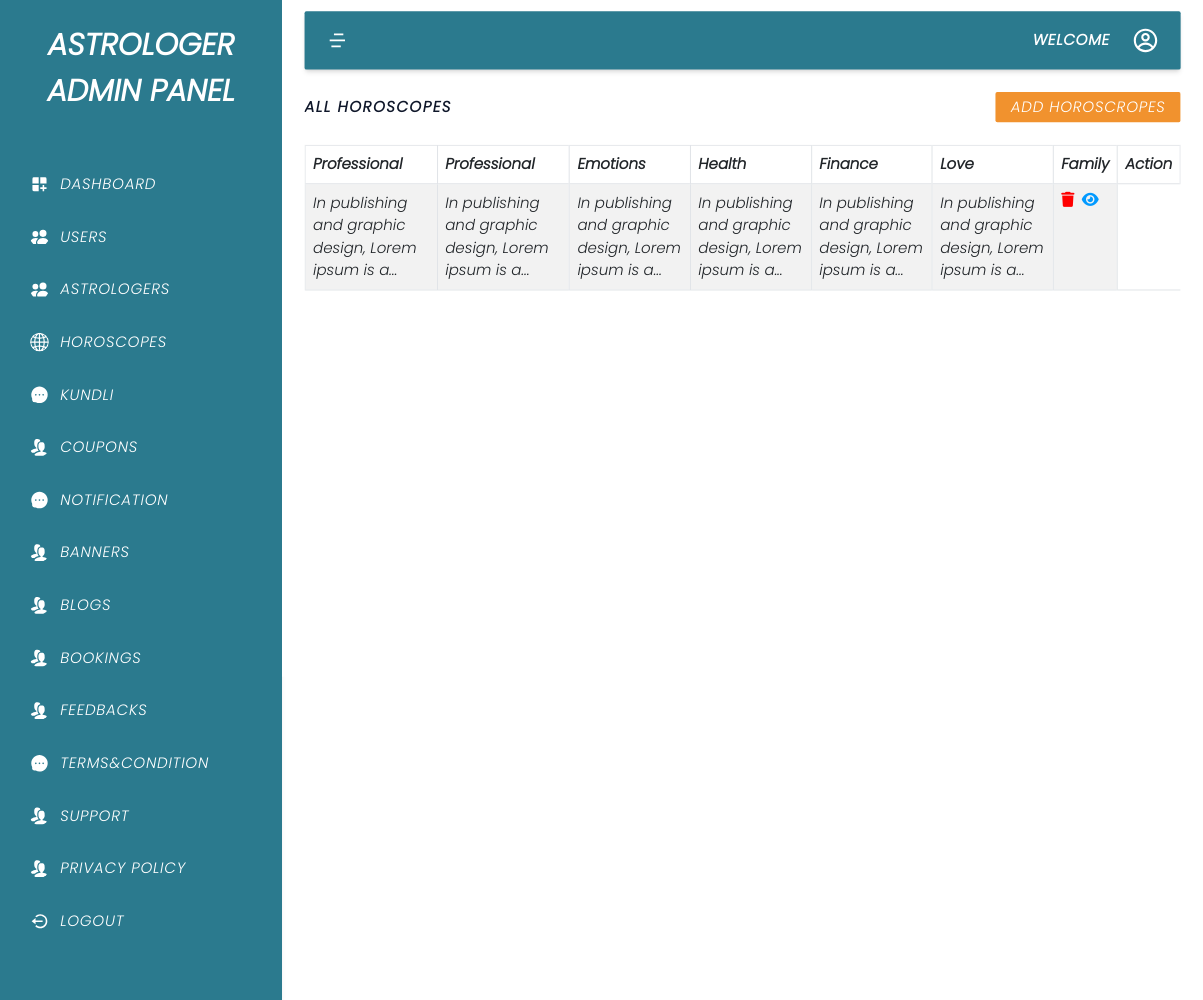
Repository: FlyweisReact/Hariom-Admin-Panel
Page: /horo
These files come from the project's save history. The page is drawn as it stood at one moment and after the next save; the edit follows.
The browser window is 1280 px wide. The pictures show the whole page, at 94% of full size.
The page's requests for data from a server got no answer. Some web libraries are served in a nearby version. The project was rebuilt for these pictures with package versions that can differ from the ones it lists, and the page was loaded fresh each time. No one was signed in, and anything a server would have sent is missing. Also part of the build but not shown: src/vendorPanel/forms/VendorLogin.jsx, src/vendorPanel/pages/AdminDiscount.js, src/vendorPanel/pages/AdminReview.js, src/vendorPanel/pages/Astrologers.js, src/vendorPanel/pages/Banners.js, src/vendorPanel/pages/Booking.js, src/vendorPanel/pages/Kundli.js, src/vendorPanel/pages/Message.js and 23 more.

Above is the page before, as saved 2023-04-18 13:21:23.

### public/index.html
<!-- @format -->

<!DOCTYPE html>
<html lang="en">
  <head>
    <meta charset="utf-8" />
    <meta name="viewport" content="width=device-width, initial-scale=1" />
    <meta name="theme-color" content="#000000" />
    <meta
      name="description"
      content="Web site created using create-react-app"
    />
    <link rel="apple-touch-icon" href="%PUBLIC_URL%/favicon.ico?v=2" />
    <link rel="manifest" href="%PUBLIC_URL%/manifest.json" />
    <link rel="preconnect" href="https://fonts.googleapis.com">
<link rel="preconnect" href="https://fonts.gstatic.com" crossorigin>
<link href="https://fonts.googleapis.com/css2?family=Roboto+Mono:ital,wght@1,300&display=swap" rel="stylesheet">
    <title>HariOm</title>
  </head>
  <body>
    <noscript>You need to enable JavaScript to run this app.</noscript>
    <div id="root"></div>
    <script src="https://code.jquery.com/jquery-3.6.0.min.js"></script>
    <script src="https://kit.fontawesome.com/b533b351e4.js" crossorigin="anonymous"></script>
  </body>
</html>

### src/index.js
import React from "react";
import ReactDOM from "react-dom/client";
import "./index.css";
import App from "./App";
import { BrowserRouter } from "react-router-dom";
import 'bootstrap/dist/css/bootstrap.min.css'

const root = ReactDOM.createRoot(document.getElementById("root"));
root.render(
  <React.StrictMode>
    <BrowserRouter>
      <App />
    </BrowserRouter>
  </React.StrictMode>
);

### src/index.css
/** @format */

@tailwind base;
@tailwind components;
@tailwind utilities;
@import url("https://fonts.googleapis.com/css2?family=Roboto+Mono:ital,wght@1,300&display=swap");
@font-face {
  font-family: Roboto;
  src: url("./Fonts/Poppins-LightItalic.ttf");
}
body {
  margin: 0;
  font-family: Roboto !important;
  -webkit-font-smoothing: antialiased;
  -moz-osx-font-smoothing: grayscale;
}

code {
  font-family: Roboto !important;
}

html {
  font-family: Roboto !important;
}

::-webkit-scrollbar {
  width: 10px;
}
.fa-trash {
  color: red;
  cursor: pointer;
}

.iCOn {

  transition: 0.5s;
  box-shadow: none;
  transform: scale(1);
}
.cardDiv{
  cursor: pointer;
}

.cardDiv:hover .iCOn{
  box-shadow: rgba(0, 0, 0, 0.35) 0px 5px 15px;
  transform: scale(1.3);
}

/* Track */
::-webkit-scrollbar-track {
  background: #f1f1f1;
}

/* Handle */
::-webkit-scrollbar-thumb {
  background: #888;
}

/* Handle on hover */
::-webkit-scrollbar-thumb:hover {
  background: #555;
}
.profileImage {
  width: 100px;
}
.fa-eye {
  color: #029aff;
  cursor: pointer;
}
.fa-edit {
  cursor: pointer;
  color: blue;
}

.View {
  border: 1px solid black;
  width: 100%;
  padding: 10px;
}

.main-card--container {
  display: grid;
  grid-template-columns: repeat(3, minmax(300px, 500px));
  grid-gap: 50px;
  justify-content: space-around;
}
.card-container {
  margin: 25px 0 auto;
  box-shadow: rgba(0, 0, 0, 0.35) 0px 5px 15px;
  position: relative;
  display: grid;
  grid-template-columns: 1fr;
  justify-content: space-around;
  align-items: flex-start;
}

.myEdit:focus {
  box-shadow: rgba(0, 0, 0, 0.35) 0px 5px 15px;
}



.AstroLogin{
  color: #fff;
  background-color: #2b7a8e;
  padding: 10px;
  width: 380px;
  text-align: center;
  font-size: 20px;
  background: linear-gradient(to left, #2b7a8e 50%, #fff 50%) right;
  background-size: 200%;
  transition: 0.5s ease-out;
  border: 1px solid #2b7a8e;
  margin-top: 10px;
  text-transform: uppercase;
}
.AstroLogin:hover {
  background-position: left;
  color: #2b7a8e;
}

.EcommerceAdminLogin{
  color: #fff;
  background-color: #19376d ;
  padding: 10px;
  width: 380px;
  text-align: center;
  font-size: 20px;
  background: linear-gradient(to left, #19376d 50%, #fff 50%) right;
  background-size: 200%;
  transition: 0.5s ease-out;
  border: 1px solid #19376d;
  margin-top: 10px;
  text-transform: uppercase;
}

.EcommerceAdminLogin:hover{
  background-position: left;
  color: #19376d;
}
.EcommerceVendorLogin{
  color: #fff;
  background-color: #576cbc;
  padding: 10px;
  width: 380px;
  text-align: center;
  font-size: 20px;
  background: linear-gradient(to left, #576cbc 50%, #fff 50%) right;
  background-size: 200%;
  transition: 0.5s ease-out;
  border: 1px solid #576cbc;
  margin-top: 10px;
  text-transform: uppercase;
}

.EcommerceVendorLogin:hover{
  background-position: left;
  color: #576cbc;
}

### src/vendorPanel/pages/Horoscope.js
/** @format */

import React, { useEffect, useState } from "react";
import HOC from "../layout/HOC";
import { Table, Modal, Form, Button } from "react-bootstrap";
import { toast } from "react-toastify";
import axios from "axios";

const Horoscope = () => {
  const [modalShow, setModalShow] = React.useState(false);
  const [edit, setEdit] = useState(false);

  const [data, setData] = useState([]);

  const fetchData = async () => {
    try {
      const { data } = await axios.get(
        "https://xlweh818ib.execute-api.ap-south-1.amazonaws.com/dev/horoscope"
      );
      setData(data)
    } catch (e) {
      console.log(e);
    }
  };


  useEffect(() => {
    fetchData()
  },[])

  function MyVerticallyCenteredModal(props) {
    return (
      <Modal
        {...props}
        size="lg"
        aria-labelledby="contained-modal-title-vcenter"
        centered
      >
        <Modal.Header closeButton>
          <Modal.Title
            id="contained-modal-title-vcenter"
            style={{ textTransform: "uppercase" }}
          >
            {" "}
            Add Horoscope
          </Modal.Title>
        </Modal.Header>
        <Modal.Body>
          {edit ? (
            <>
              <p className="View">
                {" "}
                <strong>Professional</strong> : In publishing and graphic
                design, Lorem ipsum is a placeholder text commonly used to
                demonstrate the visual form of a document or a typeface without
                relying on meaningful content. Lorem ipsum may be used as a
                placeholder before final copy is available{" "}
              </p>
              <p className="View">
                {" "}
                <strong>Emotions</strong> : In publishing and graphic design,
                Lorem ipsum is a placeholder text commonly used to demonstrate
                the visual form of a document or a typeface without relying on
                meaningful content. Lorem ipsum may be used as a placeholder
                before final copy is available{" "}
              </p>
              <p className="View">
                {" "}
                <strong>Health</strong> : In publishing and graphic design,
                Lorem ipsum is a placeholder text commonly used to demonstrate
                the visual form of a document or a typeface without relying on
                meaningful content. Lorem ipsum may be used as a placeholder
                before final copy is available{" "}
              </p>
              <p className="View">
                {" "}
                <strong>Finance</strong> : In publishing and graphic design,
                Lorem ipsum is a placeholder text commonly used to demonstrate
                the visual form of a document or a typeface without relying on
                meaningful content. Lorem ipsum may be used as a placeholder
                before final copy is available{" "}
              </p>
              <p className="View">
                {" "}
                <strong>Love</strong> : In publishing and graphic design, Lorem
                ipsum is a placeholder text commonly used to demonstrate the
                visual form of a document or a typeface without relying on
                meaningful content. Lorem ipsum may be used as a placeholder
                before final copy is available{" "}
              </p>
              <p className="View">
                {" "}
                <strong>Family</strong> : In publishing and graphic design,
                Lorem ipsum is a placeholder text commonly used to demonstrate
                the visual form of a document or a typeface without relying on
                meaningful content. Lorem ipsum may be used as a placeholder
                before final copy is available{" "}
              </p>
            </>
          ) : (
            <Form>
              <Form.Group className="mb-3">
                <Form.Label>Professional</Form.Label>
                <Form.Control type="text" />
              </Form.Group>
              <Form.Group className="mb-3">
                <Form.Label>Emotions</Form.Label>
                <Form.Control type="text" />
              </Form.Group>
              <Form.Group className="mb-3">
                <Form.Label>Health</Form.Label>
                <Form.Control type="text" />
              </Form.Group>
              <Form.Group className="mb-3">
                <Form.Label>Finance</Form.Label>
                <Form.Control type="text" />
              </Form.Group>
              <Form.Group className="mb-3">
                <Form.Label>Love</Form.Label>
                <Form.Control type="text" />
              </Form.Group>
              <Form.Group className="mb-3">
                <Form.Label>Family</Form.Label>
                <Form.Control type="text" />
              </Form.Group>
              <Button variant="outline-success" type="submit">
                Submit
              </Button>
            </Form>
          )}
        </Modal.Body>
      </Modal>
    );
  }

  const Lorem =
    "In publishing and graphic design, Lorem ipsum is a placeholder text commonly used to demonstrate the visual form of a document or a typeface without relying on meaningful content. Lorem ipsum may be used as a placeholder before final copy is available  ";

  return (
    <>
      <MyVerticallyCenteredModal
        show={modalShow}
        onHide={() => setModalShow(false)}
      />

      <section>
        <div className="pb-4 sticky top-0  w-full flex justify-between items-center bg-white">
          <span className="tracking-widest text-slate-900 font-semibold uppercase ">
            ALl Horoscopes
          </span>
          <button
            onClick={() => {
              setEdit(false);
              setModalShow(true);
            }}
            className="md:py-2 px-3 md:px-4 py-1 rounded-sm bg-[rgb(241,146,46)] text-white tracking-wider"
            style={{ textTransform: "uppercase" }}
          >
            Add Horoscropes
          </button>
        </div>

        <Table striped bordered hover>
          <thead>
            <tr>
              <th>Professional</th>
              <th>Professional</th>
              <th>Emotions</th>
              <th>Health</th>
              <th>Finance</th>
              <th>Love</th>
              <th>Family</th>
              <th>Action</th>
            </tr>
          </thead>
          <tbody>
          {data?.details?.map((i , index) => (
            <tr key={index}>
              <td> {i.horoScope} </td>
              <td> {i.PROFESSION} </td>
              <td> {i.EMOTIONS} </td>
              <td> {i.HEALTH} </td>
              <td> {i.TRAVEL} </td>
              <td> {i.LUCK} </td>
              <td> {i.duration} </td>
              <td> {i.rashi} </td>
              <td> {i.date} </td>
            </tr>
          ))}
            <tr>
              <td> {Lorem.substring(0, 50) + "..."} </td>
              <td> {Lorem.substring(0, 50) + "..."} </td>
              <td> {Lorem.substring(0, 50) + "..."} </td>
              <td> {Lorem.substring(0, 50) + "..."} </td>
              <td> {Lorem.substring(0, 50) + "..."} </td>
              <td> {Lorem.substring(0, 50) + "..."} </td>
              <td>
                <span className="d-flex gap-2">
                  <i
                    className="fa-solid fa-trash"
                    onClick={() =>
                      toast.success("Horoscope Deleted Successfully")
                    }
                  />
                  <i
                    className="fa-solid fa-eye"
                    onClick={() => {
                      setEdit(true);
                      setModalShow(true);
                    }}
                  />
                </span>
              </td>
            </tr>
          </tbody>
        </Table>
      </section>
    </>
  );
};

export default HOC(Horoscope);

### src/vendorPanel/layout/HOC.jsx
import React, { useState } from "react";
import Navbar from "./Navbar";
import Sidebar from "./Sidebar";

const HOC = (Wcomponenet) => {
  return function Component() {
    const [hamb, setHamb] = useState(false);
    return (
      <>
        <section className="flex overflow-x-hidden relative">
          {/* Sidebar */}
          <div
            className={
              hamb
                ? " absolute top-0 z-30 md:w-auto shadow-md bg-slate-200  w-60 transition-all md:-left-full left duration-150  h-auto overflow-y-auto  left-0 "
                : " md:w-72 z-30 bg-slate-200  shadow-md  md:static absolute top-0 -left-full   transition-all duration-150  overflow-y-auto h-auto"
            }
            style={{minWidth : '300px'}}
          >
            <Sidebar hamb={hamb} setHamb={setHamb} />
          </div>
          {/* Components & Navbar */}
          <div
            className={
              hamb
                ? " transition-all px-4 py-2  bg-white duration-150 w-full h-screen"
                : " w-full h-screen  px-4 py-2  bg-white z-50 transition-all duration-150 "
            }
          >
            <Navbar hamb={hamb} setHamb={setHamb} />
            <div className="my-6 text-#000 h-[87%] wcomp overflow-y-auto">
              <Wcomponenet />
            </div>
          </div>
        </section>
      </>
    );
  };
};

export default HOC;

### src/vendorPanel/layout/Navbar.jsx
/** @format */

import { RiMenu4Line } from "react-icons/ri";
import { CgProfile } from "react-icons/cg";
import Form from "react-bootstrap/Form";
import { useState } from "react";
import Button from "react-bootstrap/Button";
import Modal from "react-bootstrap/Modal";
import Container from "react-bootstrap/Container";

function MyVerticallyCenteredModal(props) {
  return (
    <Modal
      {...props}
      size="lg"
      aria-labelledby="contained-modal-title-vcenter"
      centered
    >
      <Modal.Header closeButton>
        <Modal.Title id="contained-modal-title-vcenter">
          Edit Profile
        </Modal.Title>
      </Modal.Header>
      <Modal.Body>
        <Container style={{ width: "600px" }}>
          <Form>
            <Form.Group className="mb-3" controlId="formBasicEmail">
              <Form.Label>Name</Form.Label>
              <Form.Control type="text" placeholder="Admin" />
            </Form.Group>
            <Form.Group className="mb-3" controlId="formBasicPassword">
              <Form.Label>Email Address</Form.Label>
              <Form.Control type="email" placeholder="admin@gmail.com" />
            </Form.Group>
            <Form.Group className="mb-3" controlId="formBasicPassword">
              <Form.Label>Password</Form.Label>
              <Form.Control type="password" placeholder="Password" />
            </Form.Group>
            <Button variant="outline-success" type="submit">
              Edit
            </Button>
          </Form>
        </Container>
      </Modal.Body>
    </Modal>
  );
}

const Navbar = ({ hamb, setHamb }) => {
  const [modalShow, setModalShow] = useState(false);

  return (
    <>
      <MyVerticallyCenteredModal
        show={modalShow}
        onHide={() => setModalShow(false)}
      />

      <div
        className={
          hamb
            ? "flex  w-full justify-between  my-1 rounded-sm  p-4 py-3 shadow-md items-center  bg-slate-200 space-x-4"
            : "flex  w-full justify-between my-1 rounded-sm  p-4 py-3 shadow-md items-center  bg-slate-200 space-x-4"
        }
        style={{backgroundColor : '#2b7a8e'}}
      >
        <RiMenu4Line
          onClick={() => setHamb(!hamb)}
          className="text-2xl font-bold text-gray-900 hover:scale-90 cursor-pointer"
          style={{color : '#fff'}}
        />

        <section className="flex sm:ml-auto justify-end sm:w-full items-center space-x-2  pr-2">
          <figcaption className="tracking-wider pl-1 font-semibold">
            <div className="lg:text-base text-sm text-gray-900  uppercase"    style={{color : '#fff'}}>
              Welcome
            </div>
          </figcaption>
        </section>

        <CgProfile
          onClick={() => setModalShow(true)}
          className="text-2xl sm:text-3xl font-bold text-[rgb(241,146,46)] cursor-pointer"
          style={{color : '#fff'}}
        />
      </div>
    </>
  );
};

export default Navbar;

### src/vendorPanel/layout/Sidebar.jsx
/** @format */

import React from "react";
import { RiCloseLine } from "react-icons/ri";
import { Link, useNavigate } from "react-router-dom";
import { BsFillPeopleFill } from "react-icons/bs";
import { ImUsers } from "react-icons/im";
import { BiLogOutCircle } from "react-icons/bi";
import { MdDashboardCustomize } from "react-icons/md";
import { BsGlobe2 } from "react-icons/bs";
import { AiFillMessage } from "react-icons/ai";

const Sidebar = ({ hamb, setHamb }) => {
  const navigate = useNavigate();

  const nav = [
    {
      icon: <MdDashboardCustomize className="text-xl mr-3 rounded-full " />,
      link: "/vendorDashboard",
      name: "DASHBOARD",
    },
    {
      icon: <BsFillPeopleFill className="text-xl mr-3 rounded-full " />,
      link: "/admin/users",
      name: "USERS",
    },
    {
      icon: <BsFillPeopleFill className="text-xl mr-3 rounded-full " />,
      link: "/astro",
      name: "ASTROLOGERS",
    },
    {
      icon: <BsGlobe2 className="text-xl mr-3 rounded-full " />,
      link: "/horo",
      name: " HOROSCOPES",
    },
    {
      icon: <AiFillMessage className="text-xl mr-3 rounded-full " />,
      link: "/kundli",
      name: "KUNDLI",
    },

    {
      icon: <ImUsers className="text-xl mr-3 rounded-full " />,
      link: "/AdminDiscount",
      name: "COUPONS",
    },


    {
      icon: <AiFillMessage className="text-xl mr-3 rounded-full " />,
      link: "/msg",
      name: "NOTIFICATION",
    },
    {
      icon: <ImUsers className="text-xl mr-3 rounded-full " />,
      link: "/Banners",
      name: "BANNERS",
    },
    {
      icon: <ImUsers className="text-xl mr-3 rounded-full " />,
      link: "/admin/blogs",
      name: "BLOGS",
    },
    {
      icon: <ImUsers className="text-xl mr-3 rounded-full " />,
      link: "/book",
      name: "BOOKINGS",
    },
    {
      icon: <ImUsers className="text-xl mr-3 rounded-full " />,
      link: "/adminReviews",
      name: "FEEDBACKS",
    },
    {
      icon: <AiFillMessage className="text-xl mr-3 rounded-full " />,
      link: "/admin/terms",
      name: "TERMS&CONDITION",
    },
    {
      icon: <ImUsers className="text-xl mr-3 rounded-full " />,
      link: "/admin/support",
      name: "SUPPORT",
    },
    {
      icon: <ImUsers className="text-xl mr-3 rounded-full " />,
      link: "/privacy-policy",
      name: "PRIVACY POLICY",
    },

  ];

  const logOut = () => {
    navigate("/");
  };

  return (
    <>
      <aside
        className="p-4 h-auto"
        style={{ backgroundColor: "#2b7a8e", minHeight: "100vh" }}
      >
        {/* Top */}
        <div className="w-full md:hidden relative  p-2 mb-4">
          <RiCloseLine
            onClick={() => setHamb(!hamb)}
            className="text-3xl  absolute top-2 sm:hover:rotate-[228deg] transition-transform font-bold right-2 sm:hover:text-[22px] text-[rgb(241,146,46)] cursor-pointer"
          />
        </div>{" "}
        <figure className="flex  flex-col items-center">
          <span className="font-bold text-[#fff]" style={{ fontSize: "2rem"  , textAlign : 'center'}}>
          ASTROLOGER  ADMIN PANEL
          </span>
        </figure>
        <nav className="py-6">
          {nav.map((nav) => {
            return (
              <Link
                to={nav.link}
                key={nav.name}
                className=""
                style={{ textDecoration: "none" }}
              >
                <span
                  className="flex my-3 items-center cursor-pointer text-gray-900    tracking-wider p-2 rounded-sm"
                  style={{ color: "#fff" }}
                >
                  {nav.icon} {nav.name}
                </span>
              </Link>
            );
          })}
          <span
            className="flex my-3 items-center cursor-pointer text-gray-900    tracking-wider p-2 rounded-sm"
            onClick={() => logOut()}
            style={{ color: "#fff", textTransform : 'uppercase' }}
          >
            <BiLogOutCircle className="text-xl mr-3 rounded-full " /> LogOut
          </span>
        </nav>
      </aside>
    </>
  );
};

export default Sidebar;

Loaded but not shown: tailwind.config.js (common file); src/App.js (79 lines, source omitted)

After the next save:
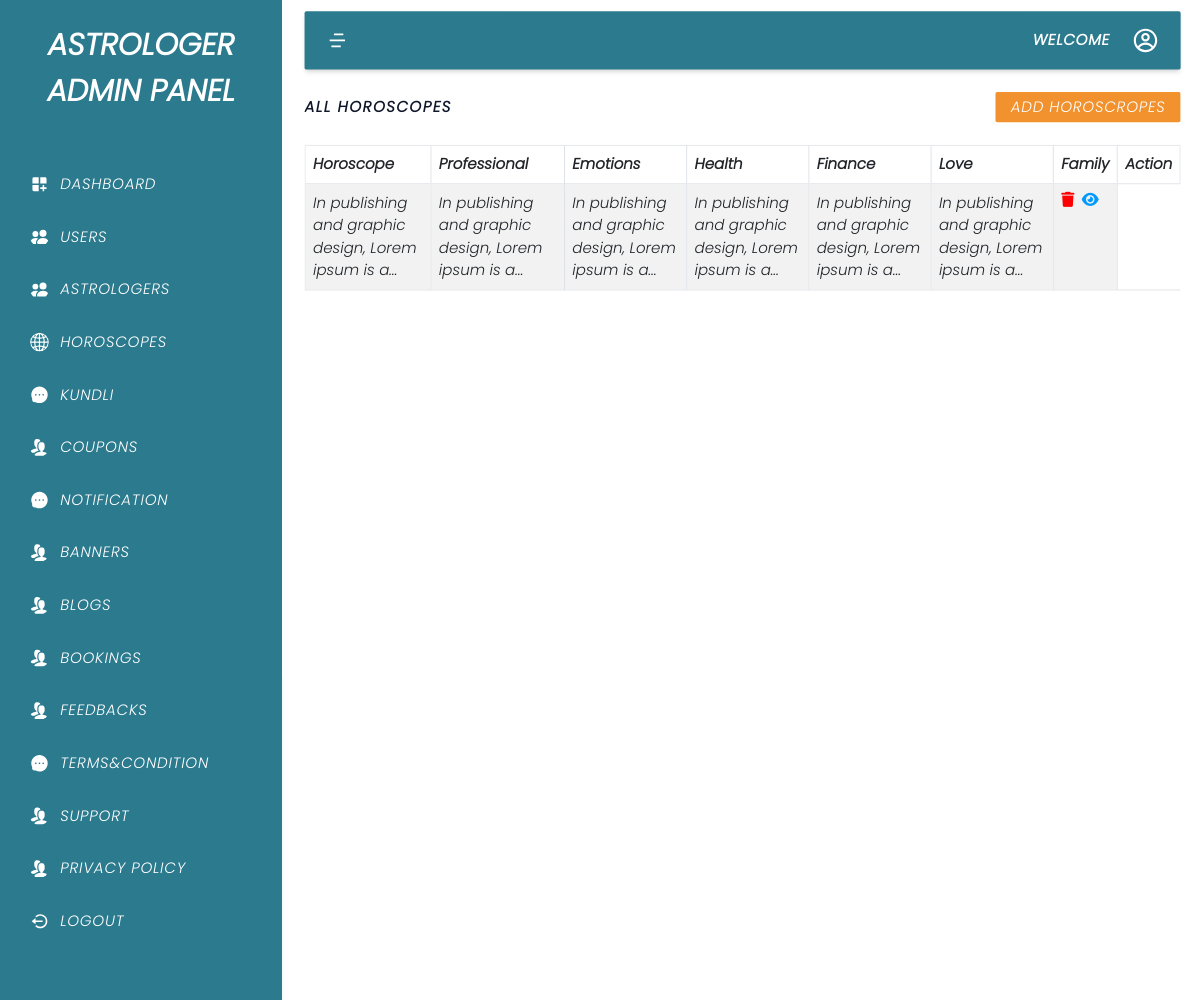
Saved 4 s later.
--- a/src/vendorPanel/pages/Horoscope.js
+++ b/src/vendorPanel/pages/Horoscope.js
@@ -163,7 +163,7 @@ const Horoscope = () => {
         <Table striped bordered hover>
           <thead>
             <tr>
-              <th>Professional</th>
+              <th>Horoscope</th>
               <th>Professional</th>
               <th>Emotions</th>
               <th>Health</th>
